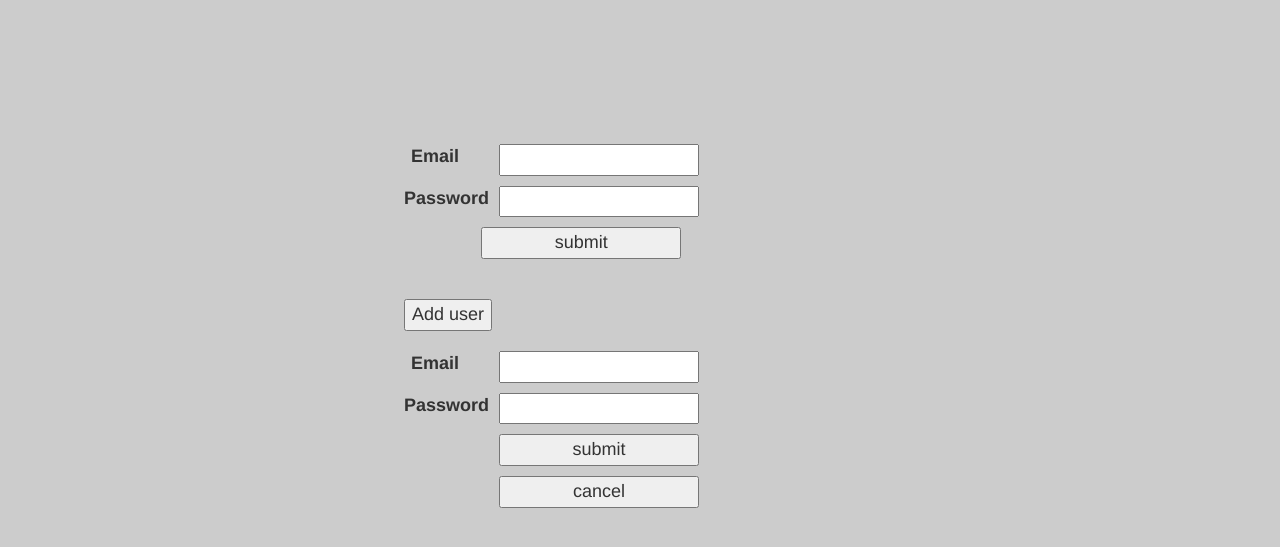
Repository: marijabroceta/ProjekatIB
Page: IB_Project_Shell/src/main/resources/static/index.html
These files come from the project's save history. The page is drawn as it stood at one moment and after the next save; the edit follows.
The browser window is 1280 px wide. The pictures show the whole page.

Above is the page before, as saved 2018-07-01 09:36:54.

After the next save:
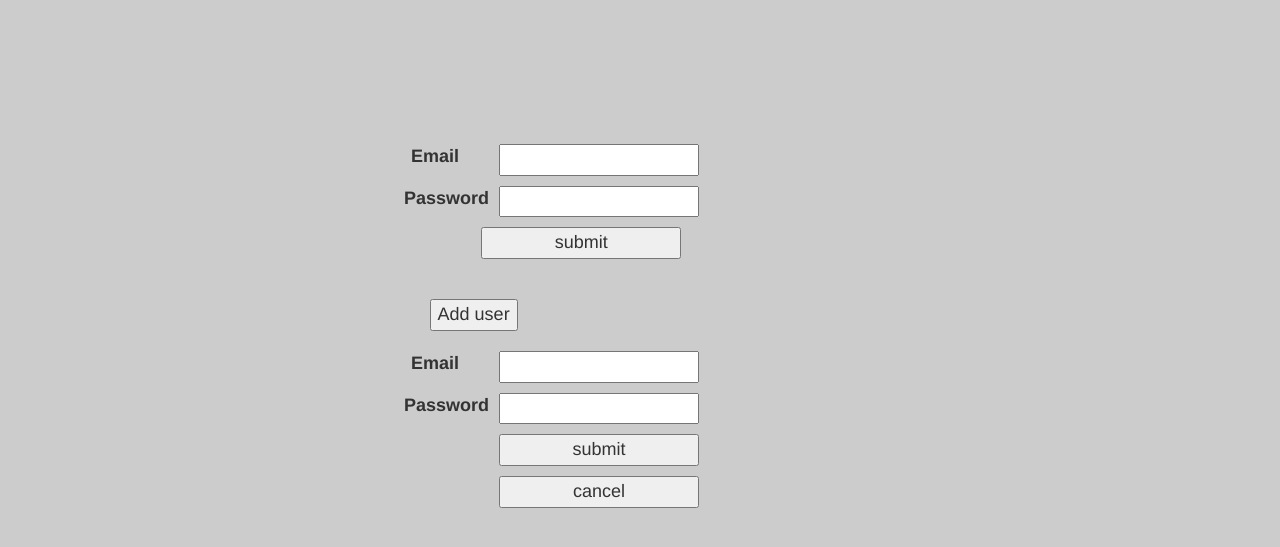
Saved 33 s later.
--- a/IB_Project_Shell/src/main/resources/static/css/login.css
+++ b/IB_Project_Shell/src/main/resources/static/css/login.css
@@ -49,5 +49,5 @@ br {
 #add_user{
 	margin-top: 30px;
 	margin-bottom:20px;
-	margin-right: 75%;
+	margin-right: 65%;
 }
